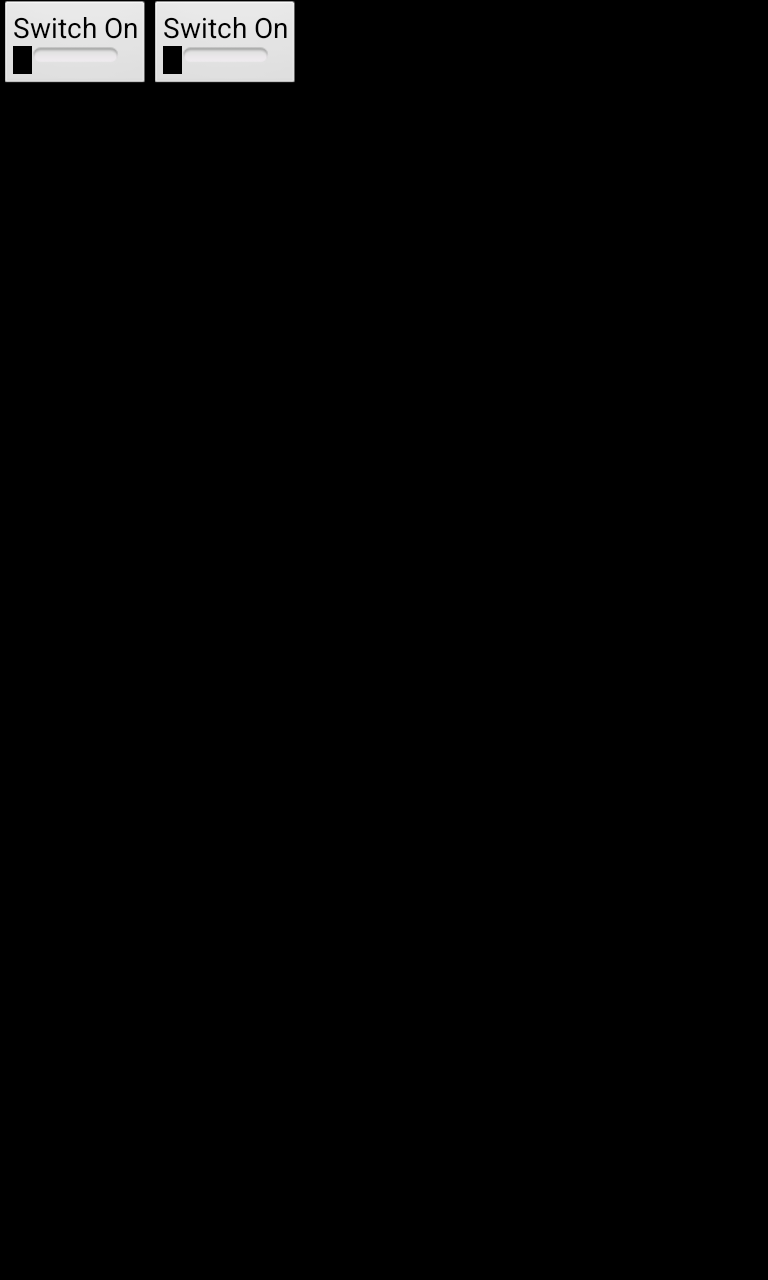
Repository: andrewmacquarrie/BoardTests
Layout: BoardTest/res/layout/main.xml
An editor plug-in stored every save of this project. The layout is shown before and after the next save, followed by the edit.
It is drawn on a 768 x 1280 px phone screen (xhdpi) without system bars, with theme android:Theme; the app's code is not run.

Above is the layout before, as saved 2011-03-29 12:50:33.

### BoardTest/res/layout/main.xml
<?xml version="1.0" encoding="utf-8"?>
<LinearLayout xmlns:android="http://schemas.android.com/apk/res/android"
    android:orientation="vertical"
    android:layout_width="fill_parent"
    android:layout_height="fill_parent"
    >

<LinearLayout xmlns:android="http://schemas.android.com/apk/res/android"
    android:orientation="horizontal"
    >
<ToggleButton
     android:layout_height="wrap_content"
     android:layout_width="wrap_content"
     android:tag="1"
     android:textOff="Switch On"
	 android:textOn="Switch Off"
     android:onClick="toggleOutput" />
<ToggleButton
     android:layout_height="wrap_content"
     android:layout_width="wrap_content"
     android:tag="2"
     android:textOff="Switch On"
	 android:textOn="Switch Off"
     android:onClick="toggleOutput" />
</LinearLayout>

<LinearLayout xmlns:android="http://schemas.android.com/apk/res/android"
    android:orientation="horizontal"
    >
<ToggleButton
     android:layout_height="wrap_content"
     android:layout_width="wrap_content"
     android:tag="3"
     android:textOff="Switch On"
	 android:textOn="Switch Off"
     android:onClick="toggleOutput" />
<ToggleButton
     android:layout_height="wrap_content"
     android:layout_width="wrap_content"
     android:tag="4"
     android:textOff="Switch On"
	 android:textOn="Switch Off"
     android:onClick="toggleOutput" />
</LinearLayout>

<LinearLayout xmlns:android="http://schemas.android.com/apk/res/android"
    android:orientation="horizontal"
    android:layout_width="fill_parent"
    android:layout_height="fill_parent"
    >
<ToggleButton
     android:layout_height="wrap_content"
     android:layout_width="wrap_content"
     android:tag="5"
     android:textOff="Switch On"
	 android:textOn="Switch Off"
     android:onClick="toggleOutput" />
<ToggleButton
     android:layout_height="wrap_content"
     android:layout_width="wrap_content"
     android:tag="6"
     android:textOff="Switch On"
	 android:textOn="Switch Off"
     android:onClick="toggleOutput" />
</LinearLayout>

<LinearLayout xmlns:android="http://schemas.android.com/apk/res/android"
    android:orientation="horizontal"
    android:layout_width="fill_parent"
    android:layout_height="fill_parent"
    >
<ToggleButton
     android:layout_height="wrap_content"
     android:layout_width="wrap_content"
     android:tag="7"
     android:textOff="Switch On"
	 android:textOn="Switch Off"
     android:onClick="toggleOutput" />
<ToggleButton
     android:layout_height="wrap_content"
     android:layout_width="wrap_content"
     android:tag="8"
     android:textOff="Switch On"
	 android:textOn="Switch Off"
     android:onClick="toggleOutput" />
</LinearLayout>

</LinearLayout>

After the next save:
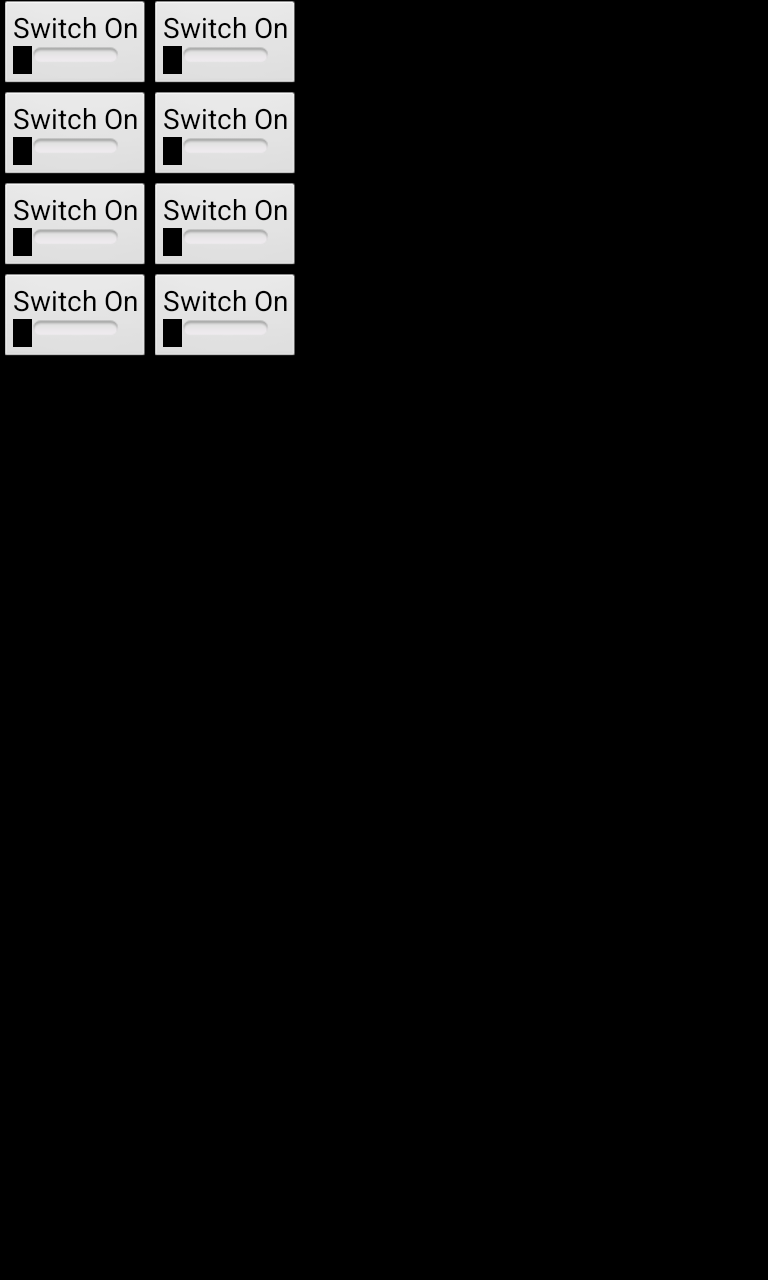
Saved 60 s later.
--- a/BoardTest/res/layout/main.xml
+++ b/BoardTest/res/layout/main.xml
@@ -7,6 +7,8 @@
 
 <LinearLayout xmlns:android="http://schemas.android.com/apk/res/android"
     android:orientation="horizontal"
+    android:layout_width="wrap_content"
+    android:layout_height="wrap_content"
     >
 <ToggleButton
      android:layout_height="wrap_content"
@@ -26,6 +28,8 @@
 
 <LinearLayout xmlns:android="http://schemas.android.com/apk/res/android"
     android:orientation="horizontal"
+    android:layout_width="wrap_content"
+    android:layout_height="wrap_content"
     >
 <ToggleButton
      android:layout_height="wrap_content"
@@ -45,8 +49,8 @@
 
 <LinearLayout xmlns:android="http://schemas.android.com/apk/res/android"
     android:orientation="horizontal"
-    android:layout_width="fill_parent"
-    android:layout_height="fill_parent"
+    android:layout_width="wrap_content"
+    android:layout_height="wrap_content"
     >
 <ToggleButton
      android:layout_height="wrap_content"
@@ -66,8 +70,8 @@
 
 <LinearLayout xmlns:android="http://schemas.android.com/apk/res/android"
     android:orientation="horizontal"
-    android:layout_width="fill_parent"
-    android:layout_height="fill_parent"
+    android:layout_width="wrap_content"
+    android:layout_height="wrap_content"
     >
 <ToggleButton
      android:layout_height="wrap_content"
